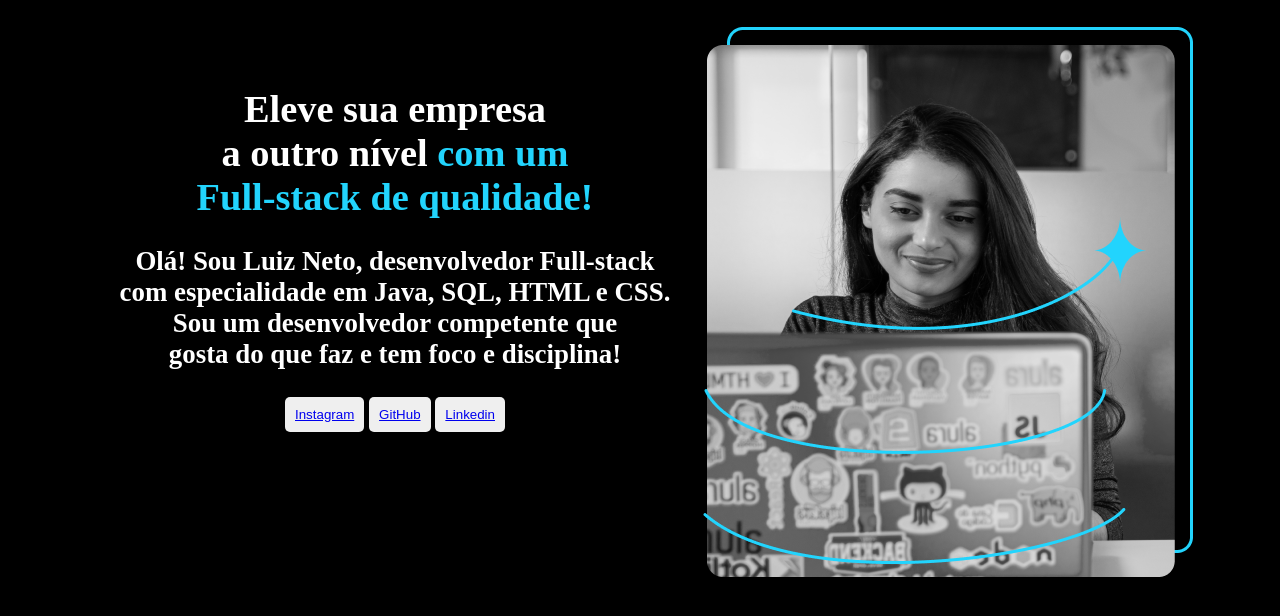
Repository: luiz123098/Sobre-mim-em-HTM-CSS
Page: htmlcss.html
An editor plug-in stored every save of this project. The page is shown before and after the next save, followed by the edit.
The browser window is 1280 px wide. The pictures show the whole page.

Above is the page before, as saved 2023-03-08 14:38:44.

### htmlcss.html
</html>
<!DOCTYPE html>
<html lang="pt-br">
<head>
    <meta charset="UTF-8">
    <meta http-equiv="X-UA-Compatible" content="IE=edge">
    <meta name="viewport" content="width=device-width, initial-scale=1.0">
    <title>Projeto Estudos</title>
    <link rel="stylesheet" href="style.Css">
</head>
<body>
    <main>
        <div class="flex-container">
            <div
                class="parte_esquerda">
                <h1>
                    Eleve sua empresa<br>
                    a outro nível
                    <strong
                        class="texto_em_destaque">
                        com um<br>Full-stack de qualidade!
                    </strong>
                    <p class="biografia">
                        Olá! Sou Luiz Neto, desenvolvedor Full-stack<br>
                        com especialidade em Java, SQL, HTML e CSS.<br>
                        Sou um desenvolvedor competente que<br>
                        gosta do que faz e tem foco e disciplina!
                    </p>
                </h1>
                <button>
                    <a href="https://www.instagram.com/luiz.alencar2/">Instagram</a>
                </button>
                <button>
                    <a href="https://github.com/luiz123098">GitHub</a>
                </button>
                <button>
                    <a href="https://www.linkedin.com/in/luiz-neto-alencar-b843651a9/">Linkedin</a>
                </button>
            </div>
            <p class="segunda_box">
                <img src="Imagem.png" alt="Não foi possivel encontrar a imagem"><br>
            </p>
        </div>
    </main>
    <footer>

    </footer>
</body>

### style.Css
body{
    background-color: black;
    color: white;
    text-align: center;
}

.biografia{
    font-size: 70%;
    text-align: center;
}

.texto_em_destaque{
    color: #22D4FD;
}

.texto_editado{
    font-weight: bold;
}

.formacao{
    color: #22D4FD;
    border: 1px solid #22D4FD;
    padding: 10px;
}

div.parte_esquerda{
    text-align: center;
    height: 482px;
    width: 615px;
    left: 357px;
    top: 278px;
    border-color: #22D4FD;
    border-radius: 500px;
}

.flex-container {
    display: flex;
    /*isso centraliza o texto horizontalmente*/
    justify-content: center;
    /*isso centraliza o texto verticalmente*/
    align-items: center;

    border-radius: 500px;
    height: auto;
    color: #fff;
    font-size: 1.2rem;
}

button {
        border: none;
        padding: 10px;
        text-decoration: none;
        cursor: pointer;
        transition: .3s;
        border-radius: 5px;
        bottom-color: #22D4FD;
}

After the next save:
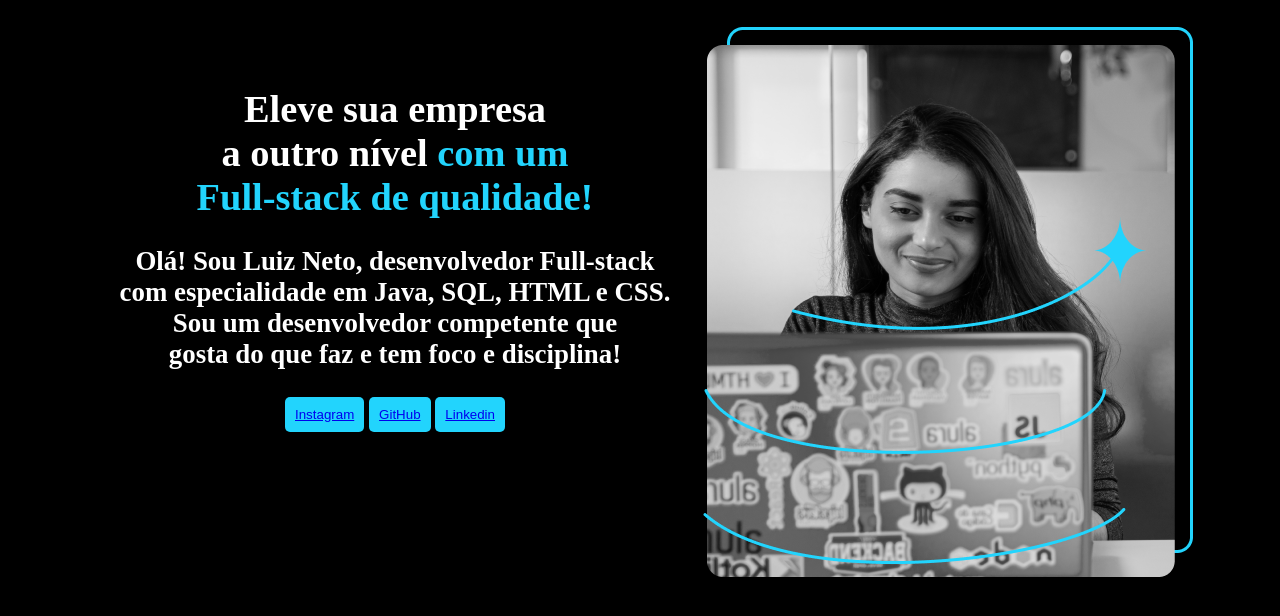
Saved 19 s later.
--- a/style.Css
+++ b/style.Css
@@ -53,5 +53,5 @@
         cursor: pointer;
         transition: .3s;
         border-radius: 5px;
-        bottom-color: #22D4FD;
+        background-color: #22D4FD;
 }
